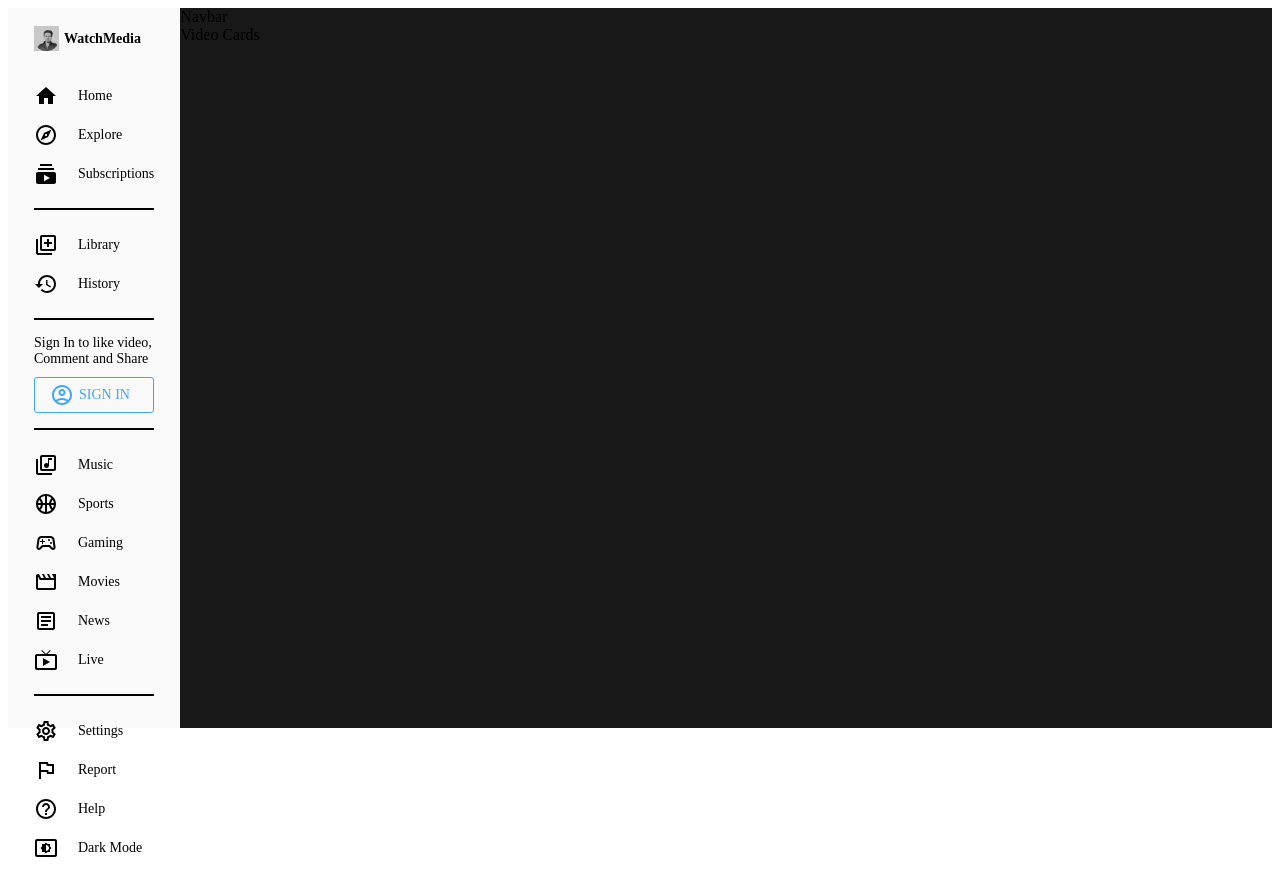
Repository: inzamamahmad3/final-year-project-skeleton
Page: /
The author's editor kept a copy of each file at every save. The page is drawn from the files as they stood at one save, then again after the next save.
The browser window is 1280 px wide. The pictures show the whole page.
The project was rebuilt for these pictures with package versions that can differ from the ones it lists, and the page was loaded fresh each time.

Above is the page before, as saved 2023-07-18 11:16:09.

After the next save:
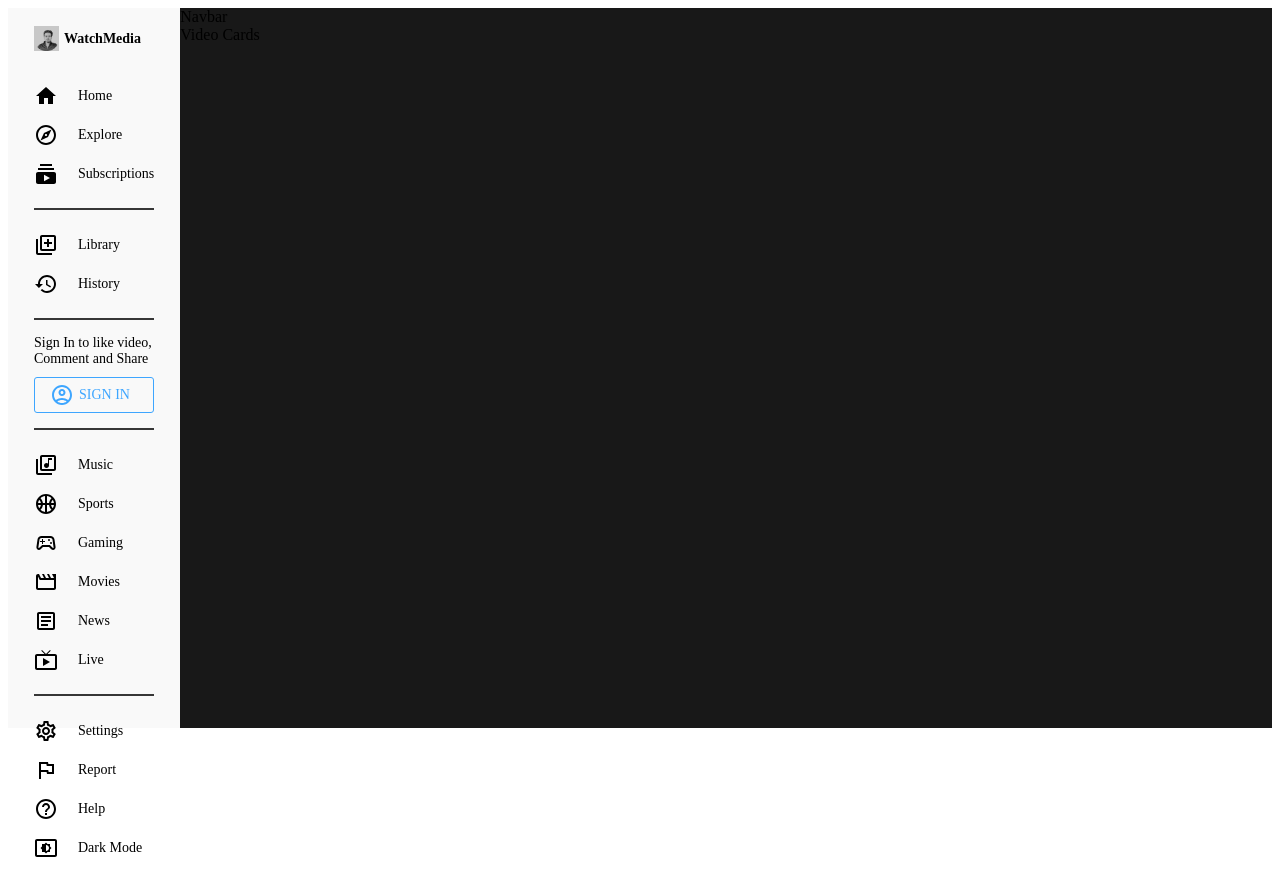
Saved 53 s later.
--- a/src/utils/Theme.js
+++ b/src/utils/Theme.js
@@ -3,12 +3,12 @@ export const darkTheme = {
   bgLighter: "#202020",
   text: "white",
   textSoft: "#aaaaaa",
-  soft: "#373737",
+  soft: "#f5f5f5",
 };
 export const lightTheme = {
   bg: "#f9f9f9",
   bgLighter: "white",
   text: "black",
   textSoft: "#606060",
-  soft: "black",
+  soft: "#373737",
 };
